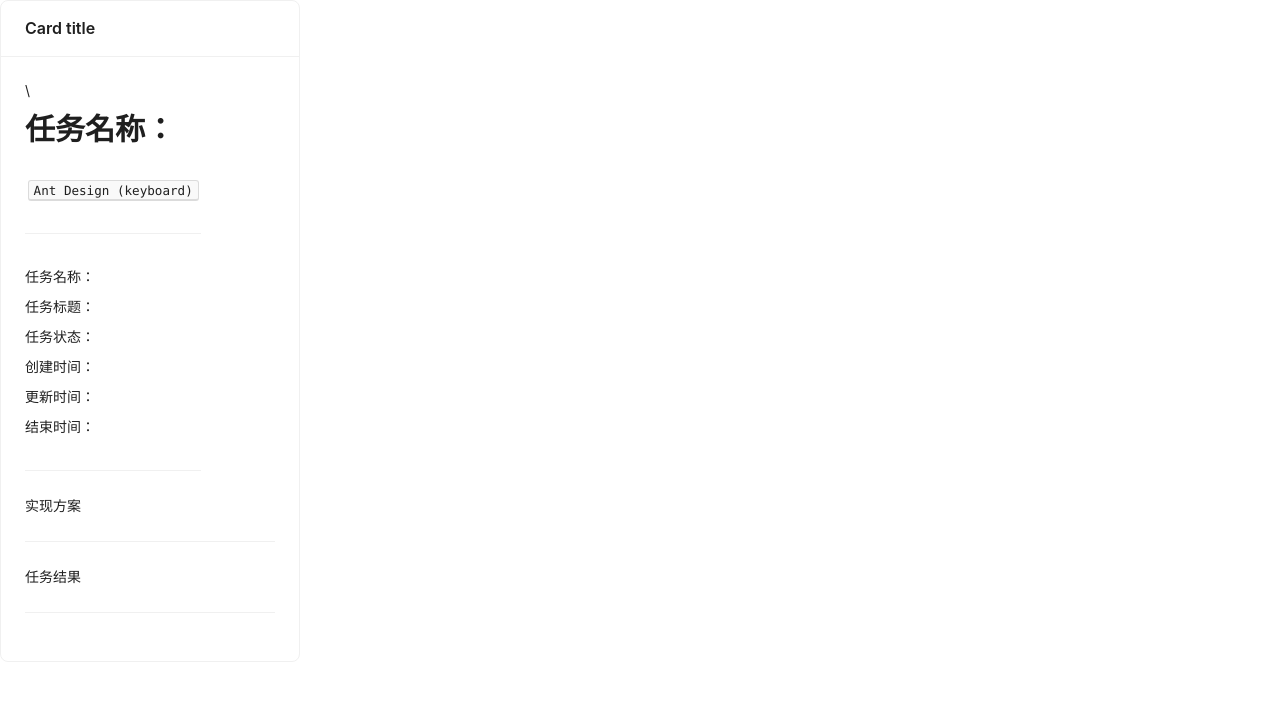
Repository: karicat996/-
Page: /task-detail
An editor plug-in stored every save of this project. The page is shown before and after a run of saves, followed by the edit.
The browser window is 1280 px wide. The pictures show the whole page.
The project was rebuilt for these pictures with package versions that can differ from the ones it lists, and the page was loaded fresh each time. Also part of the build but not shown: vite.config.ts, src/pages/Calendar/CalendarPage.tsx, src/pages/Calendar/WishCard.less, src/pages/Calendar/cardList.less, src/pages/Calendar/CardList.tsx, src/pages/Calendar/WishCard.tsx, src/pages/Home/HomePage.tsx, src/layouts/Layouts.tsx and 12 more.

Above is the page before, as saved 2025-09-09 22:47:31.

### src/main.tsx
import { StrictMode } from 'react'
import { createRoot } from 'react-dom/client'
import './index.css'
import MainRouter from './routes/MainRouter'

createRoot(document.getElementById('root')!).render(

  <StrictMode>
    <MainRouter/>
  </StrictMode>,

)

### src/index.css
html,body{
  height:auto;
  margin: auto;
  padding: 0;
  overflow: hidden
}

### src/routes/MainRouter.tsx
// 主要路由文件
import { BrowserRouter, Route, Routes} from "react-router-dom";
import { Home } from "../pages/Home/HomePage";
import { Layouts }  from "../layouts/Layouts";
import  TestDemo  from "../pages/TestDemo";
import { NotFound } from "../pages/404";
import LoginPaged from './../pages/User/Login';
import { RegisterPage } from './../pages/User/Register';
import {PlanList} from '../pages/Plan/Plans';
import { CreatePlanPage } from "../pages/Plan/newPlan";
import { EditPlanPage } from "../pages/Plan/editPlan";
import { TaskPage } from "../pages/Task/index";
import { TaskDetailPage } from "../pages/Task/taskDetail";
import {TaskEditPage } from "../pages/Task/editTask";


const MainRouter: React.FC = () => {
  return (
    <BrowserRouter>
    <Routes>
        <Route path="/" element={<Layouts />} />
        <Route path="/index" element={<Home />} />
        <Route path="*" element={<NotFound />} />
        <Route path="/test" element={<TestDemo />} />
        <Route path="/login" element={<LoginPaged />} />
        <Route path="/Register" element={<RegisterPage  />} />
        <Route path="/Plan" element={<PlanList />} />
        <Route path="/create-plan" element={<CreatePlanPage />} />
        <Route path="/edit-plan" element={<EditPlanPage />} />
        <Route path="/tasks" element={<TaskPage />} />
        <Route path="/task-detail" element={<TaskDetailPage />} />
        <Route path="/edit-task" element={<TaskEditPage />} />
    </Routes>
    </BrowserRouter>
  )
}


export default MainRouter

### src/pages/Task/taskDetail.tsx
import "./index.less"
import React from "react";
import { useState, useEffect} from "react";
import { Space, Typography, Divider,Card } from 'antd';
const { Text, Link, Title} = Typography;
import './index.less';
interface TaskDetailPageProps {
        name: string
}

export const TaskDetailPage : React.FC = () => {

  const [taskid,setTaskid] = useState<string>();



    return (
     <>
    <Card title="Card title"
     style={{ width: 300 }}>
      <div  className="TaskDetail">
      <Space direction="vertical">\
        <Title level={2}>任务名称：</Title>
        <Text mark>{ }</Text>
        <Text keyboard>Ant Design (keyboard)</Text>
        <Divider />
        <p>任务名称：<Text mark>{ }</Text></p>
        <p>任务标题：<Text mark>{ }</Text></p>
        <p>任务状态：<Text mark>{ }</Text></p>
        <p>创建时间：<Text mark>{ }</Text></p>
        <p>更新时间：<Text mark>{ }</Text></p>
        <p>结束时间：<Text mark>{ }</Text></p>
        <Divider />

        </Space>
      </div>

        <div className="TaskScheme">
            实现方案
          </div>
          <Divider />
        <div className="TaskResult">
            任务结果
          </div>
          <Divider />
        </Card>
     </>
    )
  }

  export default TaskDetailPage;

### src/pages/Home/HomePage.less
*{
    box-sizing: border-box;
    margin:0;
    padding:0;
}

body{
    font-family: Arail, sans-serif;
}

.container {
    width: 100%;
    height: 135vh;
    overflow: hidden;

}

.header-container{
    width: 100%;
    height: 7%;
    margin-bottom: 1%;
    flex-wrap: wrap;
    background-color: #5ece5e;
    color: rgba(255, 255, 255, 0.514);
    padding: 10px 0;
}

.core-container{
    display: flex;
    width: 100%;
    height: 60%;

}


.left-container{
    float: left;
    background-color: white;
    border: 1px solid rgba(128, 128, 128, 0.5);
    border-radius: 10px 10px 10px 10px;
    width: 25%;
    max-height: 90vh;       /* 限制最大高度为视口80% */
    overflow-y: auto;       /* 启用垂直滚动 */
    padding: 10px;          /* 避免内容贴边 */
}

.middle-container{
    display: flex;
    flex-direction: column;
    background-color: white;
    border-radius: 10px 10px 10px 10px;
    border: 1px solid rgba(128, 128, 128, 0.5);
    width: 52%;
    height: 100%;
    margin-left: 1%;
    margin-right: 1%;

}

.middle-on-container {
    flex: 0 0 32%; /* 占据可用空间 */
    background-color: #4625253b;
    border-radius: 10px 10px 0 0;
    width: 100%;
    margin-bottom: 10px;
    margin-bottom: 10px; /* 下方间距 */
    flex-shrink: 1;

}

.middle-under-container {
    display: flex;
    flex-direction: column;
    flex: 1; /* 占据可用空间 */
    width: 100%;
    flex-basis: 250px;
    background-color: white;
    margin-top: 5px;
    margin-bottom: 10px;
    overflow: hidden;
    flex-shrink: 1;
}

.right-container {
    float: right;
    background-color: white;
    border-radius: 10px 10px 10px 10px;
    border: 1px solid rgba(104, 94, 94, 0.5);
    width: 22%;
    height: 100%;

}

.footer-container{
    width: 100%;
    height: 5%;
    flex-wrap: wrap;
    background-color: #767a76;
    color: rgba(255, 255, 255, 0.514);
    padding: 10px 0;
}

### src/layouts/TopNav/TopNav.tsx
import React, {useState} from  "react";
import { AppstoreOutlined, MailOutlined, SettingOutlined } from '@ant-design/icons';
import type { MenuProps } from 'antd';
import { Menu } from 'antd';


type MenuItem = Required<MenuProps>['items'][number];


const items: MenuItem[] = [
    {
      label: 'Navigation One',
      key: 'mail',
      icon: <MailOutlined />,
    },
    {
      label: 'Navigation Two',
      key: 'app',
      icon: <AppstoreOutlined />,
      disabled: true,
    },
    {
      label: 'Navigation Three - Submenu',
      key: 'SubMenu',
      icon: <SettingOutlined />,
      children: [
        {
          type: 'group',
          label: 'Item 1',
          children: [
            { label: 'Option 1', key: 'setting:1' },
            { label: 'Option 2', key: 'setting:2' },
          ],
        },
        {
          type: 'group',
          label: 'Item 2',
          children: [
            { label: 'Option 3', key: 'setting:3' },
            { label: 'Option 4', key: 'setting:4' },
          ],
        },
      ],
    },
    {
      key: 'alipay',
      label: (
        <a href="https://ant.design" target="_blank" rel="noopener noreferrer">
          Navigation Four - Link
        </a>
      ),
    },
  ];
export const TopNav = () => {
    const [current, setCurrent] = useState('mail');

    const onClick: MenuProps['onClick'] = (e) => {
        console.log('click ', e);
        setCurrent(e.key);
      };

    return (
        <Menu onClick={onClick} selectedKeys={[current]} mode="horizontal" items={items} />
    )
}

export default TopNav;

### src/layouts/SideNav/SideNav.tsx
import React, {useState} from "react"
import { AppstoreOutlined,HomeOutlined, SettingOutlined } from '@ant-design/icons';
import type { MenuProps, MenuTheme } from 'antd';
import { Menu, Switch } from 'antd';
import { useNavigate } from 'react-router-dom';



type MenuItem = (Required<MenuProps>['items'][number]& { route?: string });

const items: MenuItem[] = [
  {
    key: 'sub1',
    label: '欢迎来到我的网站',
    icon: <HomeOutlined />,
    children: [
      { key: '1', label: 'Plan', route: '/plan' } as MenuItem//明确指定类型

    ],
  },

];


export const SideNav = () => {

  const [theme, setTheme] = useState<MenuTheme>('dark');
  const [current, setCurrent] = useState('1');
  const navigate = useNavigate();
  const changeTheme = (value: boolean) => {
    setTheme(value ? 'dark' : 'light');
  };

  const onClick: MenuProps['onClick'] = (e) => {
    console.log('click ', e);
    setCurrent(e.key);
  };



  return (
    <>
    <Switch
      checked={theme === 'dark'}
      onChange={changeTheme}
      checkedChildren="Dark"
      unCheckedChildren="Light"
    />
    <br />
    <br />
    <Menu
      theme={theme}
      onClick={onClick}
      style={{ width: 256 }}
      defaultOpenKeys={['sub1']}
      selectedKeys={[current]}
      mode="inline"
      items={items}
    />
  </>
  )
}

export default SideNav;

### src/pages/Task/index.less
*{
    box-sizing: border-box;
    margin:0;
    padding:0;
}



.body{
    font-family: Arail, sans-serif;
}



.container{
    width: 100%;
    height: 135vh;
    overflow: hidden;
}



.createTask{
    flex-grow: 1;

}



.TaskDetail{
    width: 300
}

Loaded but not shown: index.html (common file)

After the next 2 saves:
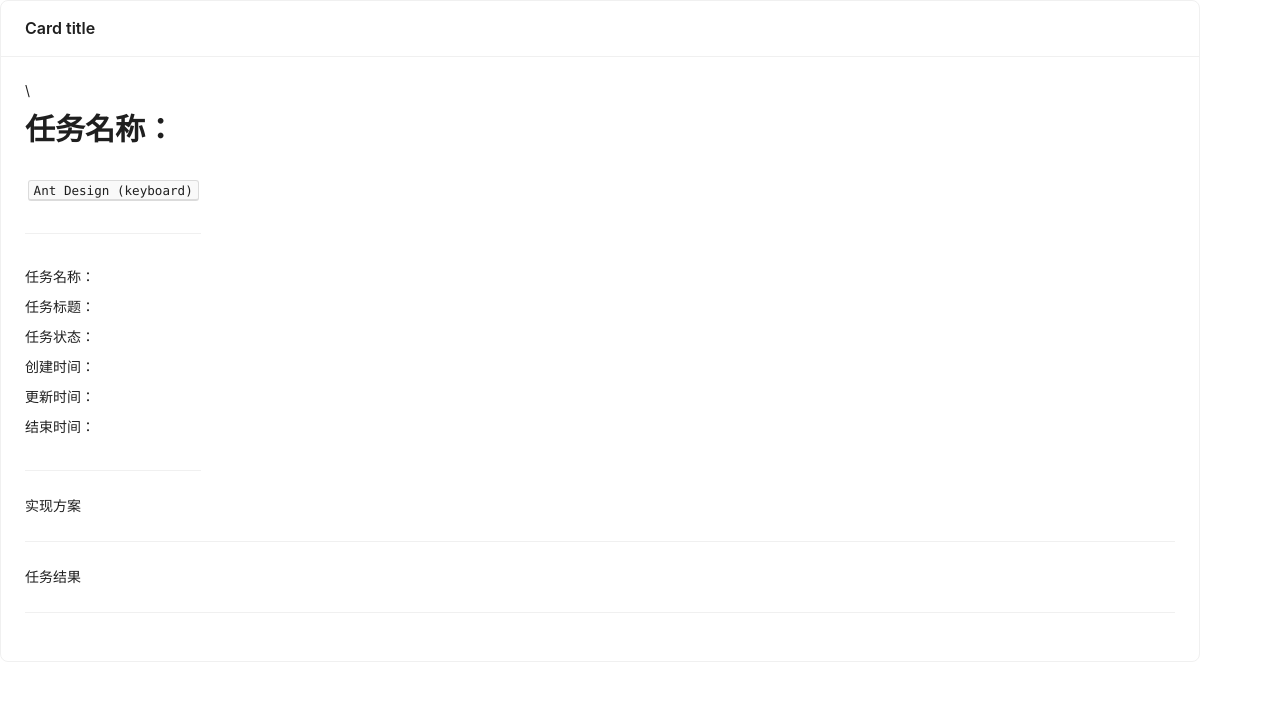
The 2 saves are shown as one change because 1 did not build or start.
The last was saved 28 s later.
--- a/src/pages/Task/taskDetail.tsx
+++ b/src/pages/Task/taskDetail.tsx
@@ -17,7 +17,7 @@ export const TaskDetailPage : React.FC = () => {
     return (
      <>
     <Card title="Card title"
-     style={{ width: 300 }}>
+     style={{ width: 1200 }}>
       <div  className="TaskDetail">
       <Space direction="vertical">\
         <Title level={2}>任务名称：</Title>
